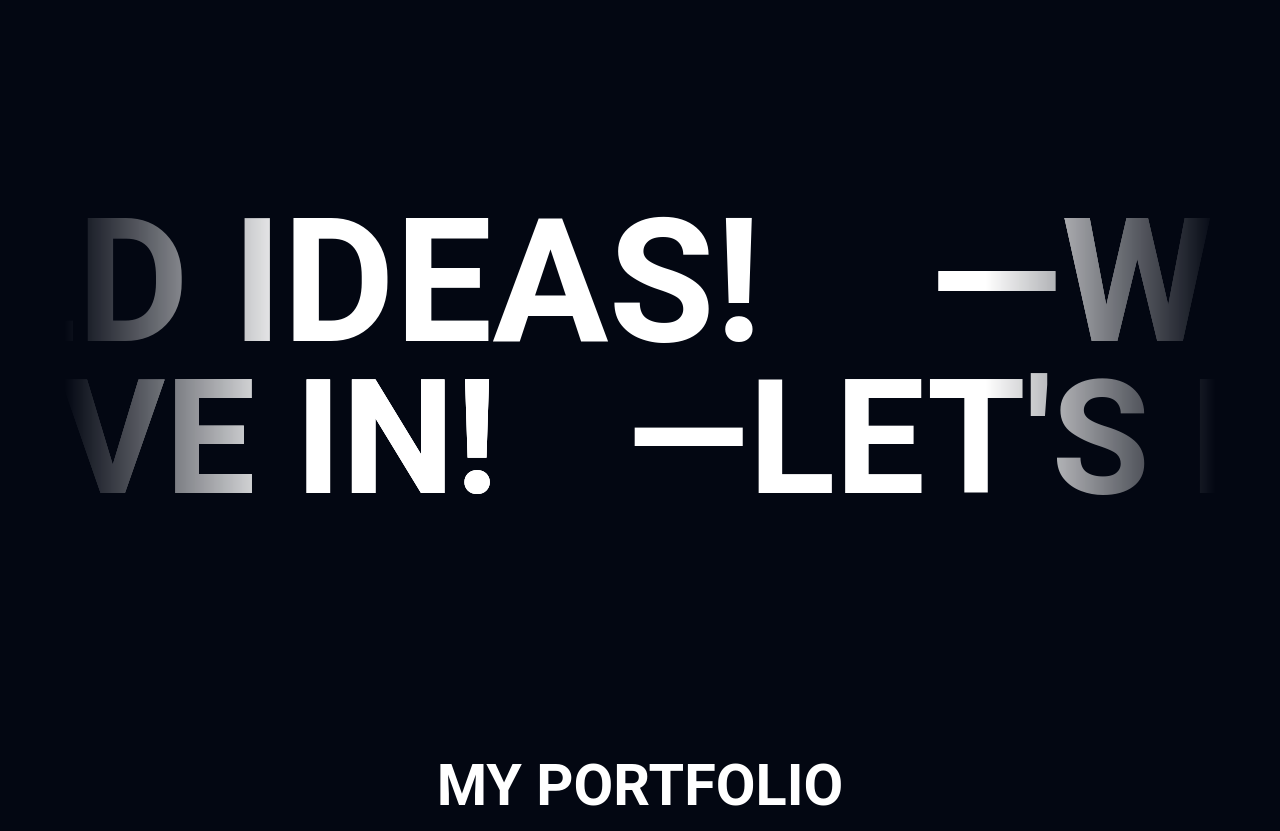
Repository: Anas-Ejaz/GBS-NEW
Page: Ahsan.html
An editor plug-in stored every save of this project. The page is shown before and after the next save, followed by the edit.
The browser window is 1280 px wide. The pictures show the part of the page from y = 0 to 831 px (the page is 1931 px tall).
A picture or video elsewhere on the page could not be fetched, so the positions and the page height are approximate. Some web fonts or font styles are not loaded; a fallback is used.

Above is the page before, as saved 2024-08-31 18:26:14.

### Ahsan.html
<!DOCTYPE html>
<html lang="en">

<head>
  <meta charset="UTF-8">
  <meta name="viewport" content="width=device-width, initial-scale=1.0">
  <title>Horizontal Scrolling Text Animation</title>
  <link rel="stylesheet" href="Ashan.css">
</head>

<body>
  <div class="text_scroll">
    <div class="wrapper">
      <div class="itemLeft item1">&#8213;WILD IDEAS!</div>
      <div class="itemLeft item2">&#8213;WILD IDEAS!</div>
      <div class="itemLeft item3">&#8213;WILD IDEAS!</div>
      <div class="itemLeft item5">&#8213;WILD IDEAS!</div>
    </div>
    <div class="wrapper">
      <div class="itemRight item1">&#8213;LET'S DIVE IN!</div>
      <div class="itemRight item2">&#8213;LET'S DIVE IN!</div>
      <div class="itemRight item3">&#8213;LET'S DIVE IN!</div>
      <div class="itemRight item4">&#8213;LET'S DIVE IN!</div>
    </div>
  </div>
  <!-- Portfolio---------- -->

  <section class="portfolio_sec">
    <div class="h1_port"><h1>MY PORTFOLIO</h1></div>
    <div class="portfolio">
     <div class="inner_portfolio">
        <div class="col-1">
          <div class="image image1"><img src="Picture/image1.jpg" alt=""></div>
          <div class="image image2"><img src="Picture/image1.jpg" alt=""></div>
          <div class="image image3"><img src="Picture/image1.jpg" alt=""></div>
        </div>
        <div class="col-2">
          <div class="imaged image4"><img src="Picture/image1.jpg" alt=""></div>
          <div class="imaged image5"><img src="Picture/image1.jpg" alt=""></div>
          <div class="imaged image6"><img src="Picture/image1.jpg" alt=""></div>
        </div>
      </div>
    </div>
   </section>

   <script src="https://cdnjs.cloudflare.com/ajax/libs/gsap/3.11.0/gsap.min.js"></script>
   <script src="https://cdnjs.cloudflare.com/ajax/libs/gsap/3.11.0/ScrollTrigger.min.js"></script>

   <script src="Ahsan.js"></script>
</body>

</html>

### Ashan.css
@import url('https://fonts.googleapis.com/css2?family=Days+One&display=swap');

*,
*::before,
*::after {
  box-sizing: border-box;
}

* {
  font-family: "Roboto", sans-serif;
  margin: 0;
}

body {
  background-color: #030712;
}

.text_scroll {
  height: 100vh;
  display: flex;
  flex-direction: column;
  align-items: center;
  justify-content: center;
  gap: 1rem;
}

.wrapper {
  width: 90%;
  height: 140px;
  position: relative;
  overflow: hidden;
  mask-image: linear-gradient(
    to right,
    rgba(0, 0, 0, 0),
    rgba(0, 0, 0, 1) 20%,
    rgba(0, 0, 0, 1) 80%,
    rgba(0, 0, 0, 0)
  );
  display: flex;
  align-items: center;
}

@keyframes scrollLeft {
  from {
    transform: translateX(100%);
  }
  to {
    transform: translateX(-100%);
  }
}

@keyframes scrollRight {
  from {
    transform: translateX(-100%);
  }
  to {
    transform: translateX(100%);
  }
}

.itemLeft
 {
  font-size: 13.5vw;
  font-weight: bold;
  color: white;
  white-space: nowrap;
  position: absolute;
  width: 100vw;
  text-align: center;
  animation-name: scrollLeft;
  animation-timing-function: linear;
  animation-duration: 30s;
  animation-iteration-count: infinite;
}
.itemRight{
  font-size: 12.5vw;
  font-weight: bold;
  color: white;
  white-space: nowrap;
  position: absolute;
  width: 100vw;
  text-align: center;
  animation-name: scrollRight;
  animation-timing-function: linear;
  animation-duration: 30s;
  animation-iteration-count: infinite;
}
.item1 {
  animation-delay: 0s;
}

.item2 {
  animation-delay: -15s;
}

.item3 {
  animation-delay: -30s;
}

.image4 {
}

/* -----Portfolios-------- */

.h1_port{
  color: white;
  font-size: 3vw;
  text-align: center;
  padding: 2rem;
}
.portfolio {
  display: flex;
  justify-content: center;
  align-items: center;
  height: 150vh;
  /* background-color: #f0f0f0; */
}

.inner_portfolio {
  display: flex;
  justify-content: space-around;
  align-items: center;
  width: 80%;
}

.col-1,
.col-2 {
  display: flex;
  flex-direction: column;
  align-items: center;
}

.image {
  position: relative;
  width: 30vw;
  height: 40vh;
  border-radius: 1rem;
  margin: 10px;
  overflow: hidden;
}
.image img{
  background-size: cover;
  background-position: center;
  width: 100%;
}

.imaged {
  position: relative;
  width: 30vw;
  height: 40vh;
  border-radius: 1rem;
  margin: 10px;
overflow: hidden;
}
.imaged img{
  background-size: cover;
  background-position: center;
  width: 100%;
}

### Ahsan.js
console.log("Woring")

gsap.registerPlugin(ScrollTrigger);

tl = gsap.timeline()

tl.from('.image1',
    {
        scrollTrigger: {
            trigger: '.image1',
            start: 'top 80%',
            end: 'top 30%',
            scrub: 1,

        },
        filter: "blur(5px)",
        duration: 1,
        x: -150,
    })

gsap.from('.image4',
    {
        scrollTrigger: {
            trigger: '.image4',
            start: 'top 80%',
            end: 'top 30%',
            scrub: 1,

        },
        filter: "blur(5px)",
        duration: 1,
        x: 150,
    })


gsap.timeline().from('.image2',
    {
        scrollTrigger: {
            trigger: '.image2',
            start: 'top 90%',
            end: 'top 40%',
            scrub: 1,

        },
        filter: "blur(5px)",
        delay: 1,
        opacity: 0,            // End opacity
        duration: 1,         // Duration of each blink phase
    })

gsap.timeline().from('.image5',
    {
        scrollTrigger: {
            trigger: '.image5',
            start: 'top 90%',
            end: 'top 40%',
            scrub: 1,

        },
        filter: "blur(5px)",
        delay: 1,
        opacity: 0,            // End opacity
        duration: 1,         // Duration of each blink phase
    })
    gsap.timeline().from('.image3',
        {
            scrollTrigger: {
                trigger: '.image3',
                start: 'top 90%',
                end: 'top 40%',
                scrub: 1,

            },
            filter: "blur(5px)",
            delay: 1,
            opacity: 0,            // End opacity
            duration: 1,         // Duration of each blink phase
        })

    gsap.timeline().from('.image6',
        {
            scrollTrigger: {
                trigger: '.image6',
                start: 'top 90%',
                end: 'top 40%',
                scrub: 1,

            },
            filter: "blur(5px)",
            delay: 1,
            opacity: 0,            // End opacity
            duration: 1,         // Duration of each blink phase
        })

After the next save:
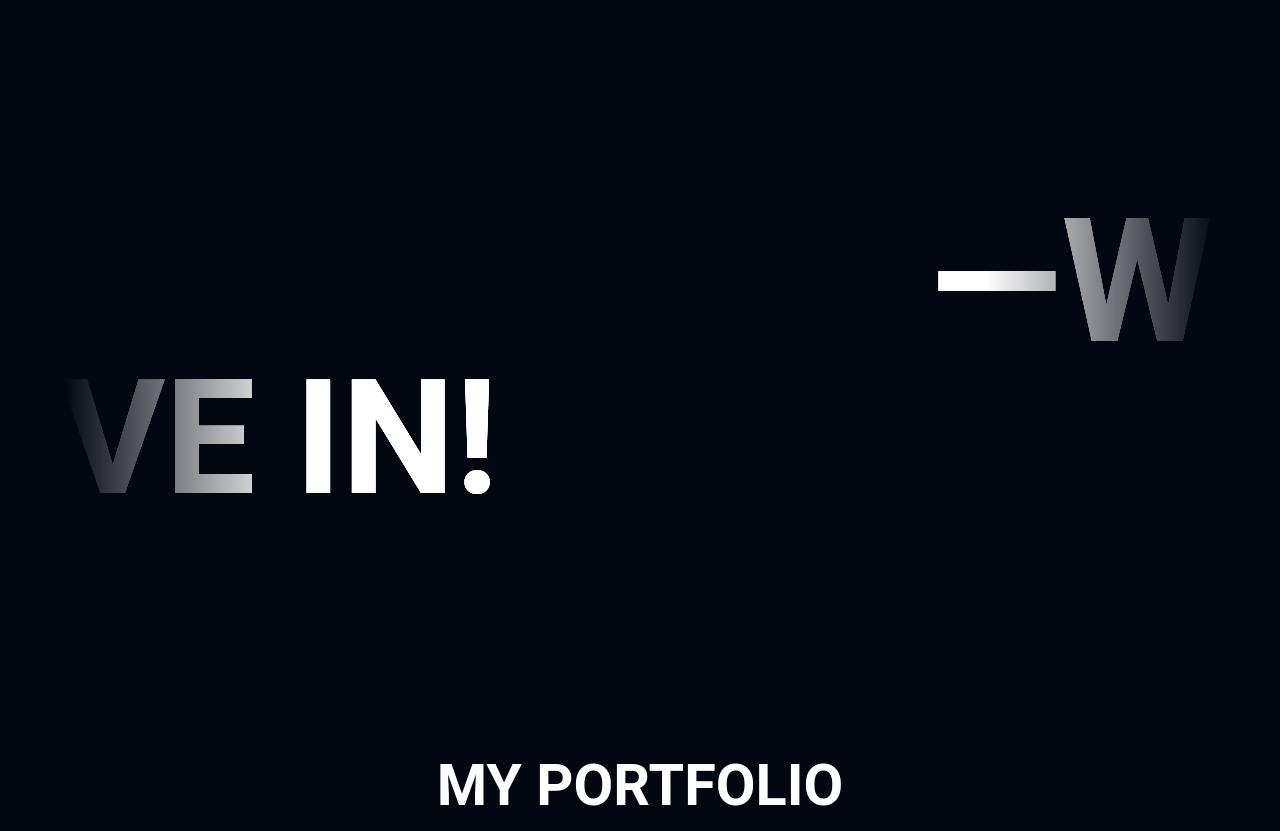
Saved 17 s later.
--- a/Ashan.css
+++ b/Ashan.css
@@ -85,17 +85,7 @@ body {
   animation-duration: 30s;
   animation-iteration-count: infinite;
 }
-.item1 {
-  animation-delay: 0s;
-}
 
-.item2 {
-  animation-delay: -15s;
-}
-
-.item3 {
-  animation-delay: -30s;
-}
 
 .image4 {
 }
